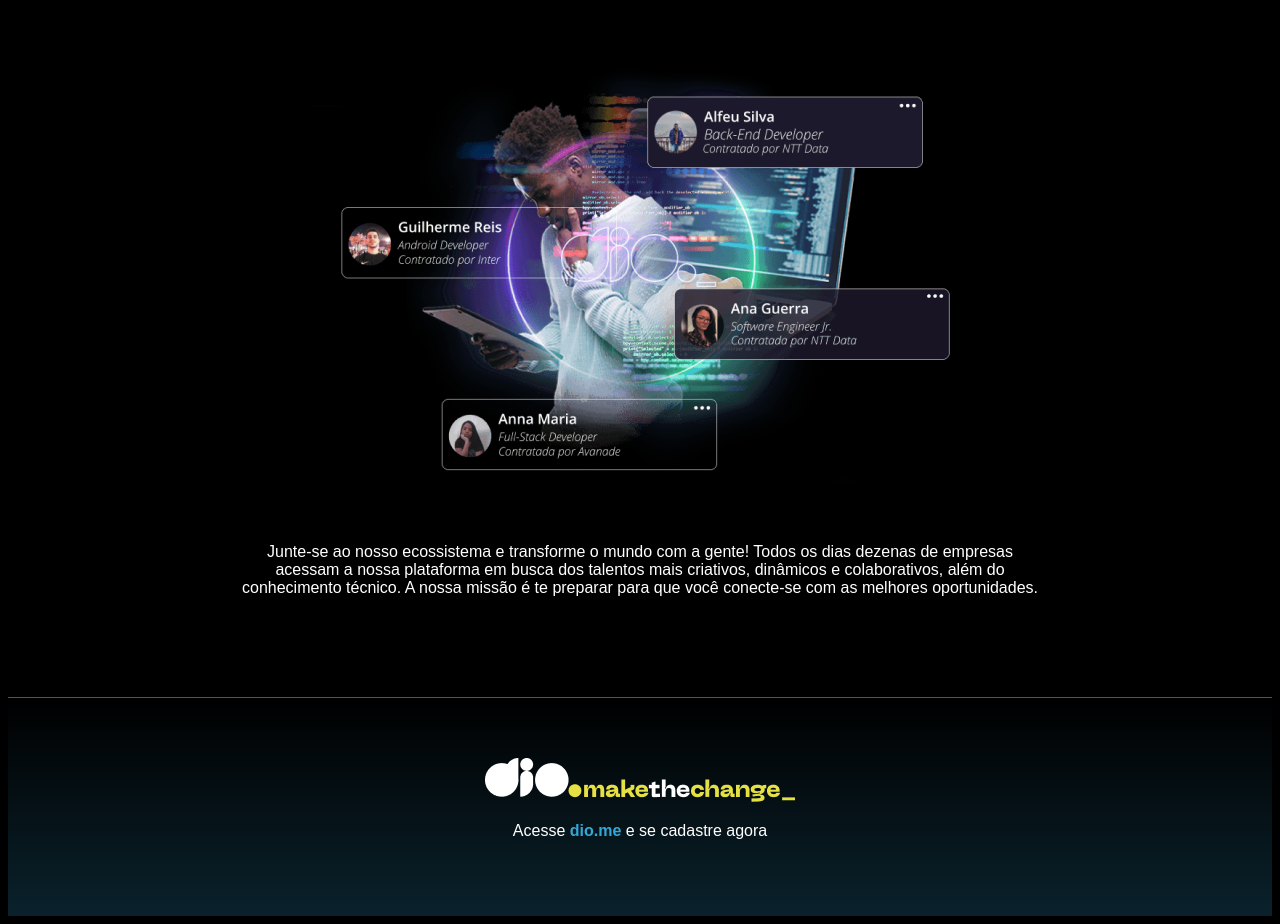
Repository: Zoemateus324/landing-page
Page: index.html
These files come from the project's save history. The page is drawn as it stood at one moment and after the next save; the edit follows.
The browser window is 1280 px wide. The pictures show the part of the page from y = 1861 to 2813 px (the page is 2785 px tall before and 2813 px after).
Backgrounds fixed to the window are drawn as part of the page.

Above is the page before, as saved 2024-11-23 11:45:14.

### index.html
<!DOCTYPE html>
<html lang="en">

<head>
    <meta charset="UTF-8">
    <meta http-equiv="X-UA-Compatible" content="IE=edge">
    <meta name="viewport" content="width=device-width, initial-scale=1.0">
    <link rel="stylesheet" href="styles.css">
    <title>Trilha de CSS - DIO</title>
</head>

<body>
    <header class="banner">
        <div class="banner-content">
            <div class="logo">
                <img src="assets/images/logo.png" title="Logotipo Trilha de CSS DIO" alt="Logotipo Trilha de CSS DIO">
            </div>
            <h1>Trilha de CSS da DIO</h1>
            <p>A nova Trilha de CSS da DIO está disponível. Acesse já e aprenda do zero como desenvolver sites profissionais.</p>
            <button>Quero me inscrever</button>
        </div>
    </header>
    <main>
        <section id="course-content">
            <h2>O que vou aprender?</h2>
            <p>
                Temos 3 módulos recheados de conteúdos do básico ao avançado para que você aprenda a desenvolver sites profissionais utilizando somente HTML e CSS: sem nenhuma biblioteca ou framework a mais.
            </p>
            <div class="modules-list">
                <div class="module">
                    <span>Módulo 01:</span> primeiros passos com CSS
                </div>
                <div class="module">
                    <span>Módulo 02:</span> trabalhando com layouts no CSS
                </div>
                <div class="module">
                    <span>Módulo 03:</span> refinando os estilos CSS das nossas páginas
                </div>
            </div>
        </section>
        <section id="transform-world">
            <p>TRANSFORME O MUNDO COM A GENTE</p>
        </section>
        <section id="professional-challenges">
            <h2>Evolua e encare novos desafios profissionais</h2>
            <img src="assets/images/professional-challenges.png" title="Homem lendo depoimentos em um tablet" alt="Homem lendo depoimentos em um tablet">
            <p>
                Junte-se ao nosso ecossistema e transforme o mundo com a gente! Todos os dias dezenas de empresas acessam a nossa plataforma em busca dos talentos mais criativos, dinâmicos e colaborativos, além do conhecimento técnico. A nossa missão é te preparar para
                que você conecte-se com as melhores oportunidades.
            </p>
        </section>
    </main>
    <footer>
        <img class="dio-logo" src="assets/images/dio-logo.png" title="Logotipo DIO com o texto make the change" alt="Logotipo DIO com o texto make the change">
        <p>Acesse <a href="https://dio.me">dio.me</a> e se cadastre agora</p>
    </footer>
</body>

</html>

### styles.css
body{
    background-color:black;
    display:block;
    margin:8px;
}
*{
    font-family:'Raleway', sans-serif;
    box-sizing:border-box;
    margin:0;
}

.banner{
    background-image:linear-gradient(rgba(0,0,0,.6), rgba(49,168,221,.2), rgba(0,0,0,.6)),url(./assets/images/banner.png);
    background-size:cover;
    background-repeat:no-repeat;
    height:600px;
    padding-top:60px;
    border-bottom:1px solid #33A8DB80;
}
.banner .logo{
    background-color:(rgba(0,0,0,.2));
    height:260px;
    width:260px;
    margin:auto;
    border-radius:50%;
    padding:16px;
    margin-bottom:16px;
}
.banner h1{
    font-size:2.5rem;
    font-weight:900;
    text-transform:uppercase;
    color:transparent;
    background:-webkit-linear-gradient(#33A8D8, #1472B7);
    background clip:text;
    -webkit-background-clip:text;
}
h1{
    display:block;
    font-size:2em;
    margin-block-start:0.67em;
    margin-block-end:0.67em;
    margin-inline-start:0px;
    margin-inline-end:0px;
    font-weight:bold;

}
.banner p{
    font-size:1.25rem;
    margin:16px 0 24px;
}
p{
    display:block;
    color:white;
    margin-block-start:1em;
    margin-block-end:1em;
    margin-inline-start:0px;
    margin-inline-end:0px;
    unicode-bidi:isolate;

}
.banner .banner-content{
    color:white;
    width:900px;
    margin:auto;
    text-align:center;
}
.banner .banner-content button{
    color: #31A8DD;
    font-size:1rem;
    font-weight:bold;
    padding:16px 32px;
    text-transform: uppercase;
    letter-spacing:4px;
    background-color:transparent;
    border-image:linear-gradient(#3BA1CD, #1572B7);
    border-image-slice:10;
    border-radius:30px;
}

div{
    display:block;
    unicode-bidi:isolate;

}
header{
    display:block;
    unicode-bidi:isolate;
}
main{
    display:block;
    unicode-bidi:isolate;
}
#course-content {
    width: 800px;
    text-align: center;
}
h2 {
    font-size: 2rem;
    color: #33A8DB;
    font-weight: bold;
    letter-spacing: 4px;
    text-transform: uppercase;
    margin-bottom: 24px;
}
#course-content .modules-list {
    margin: 24px 0;
}
#course-content .modules-list .module {
    color: white;
    width: 530px;
    margin: 0 auto 24px;
    border: 1px solid #33A8DB;
    background-color: #252525;
    padding: 16px;
    border-radius: 100px;
    box-shadow: inset -5px 6px 8px rgba(0, 0, 0, .7);
}
section {
    margin: 100px auto;
}
#transform-world {
    height: 560px;
    background-size: cover;
    background-image: url(./assets/images/woman-code.png);
    background-attachment: fixed;
    border-top: 1px solid #33A8DB80;
    border-bottom: 1px solid #33A8DB80;
    padding: 200px;
}



#transform-world p {
    font-weight: 900;
    font-size: 2.5rem;
    text-transform: lowercase;
    max-width: 250px;
    text-shadow: 3px 2px #33A8DB;
}
#professional-challenges{
    text-align:center;
    width:800px;
}
#professional-challenges img{
    margin:32px 0 ;
}
footer{
    padding:60px 0;
    text-align:center;
    background-image:linear-gradient(rgba(50,168,219,.0),rgba(50,168,219,.2));
    border-top: 1px solid #33A8DB80;
}
footer a {
    color: #33A8D8;
    font-weight:bold;
    text-decoration:none;
}

After the next save:
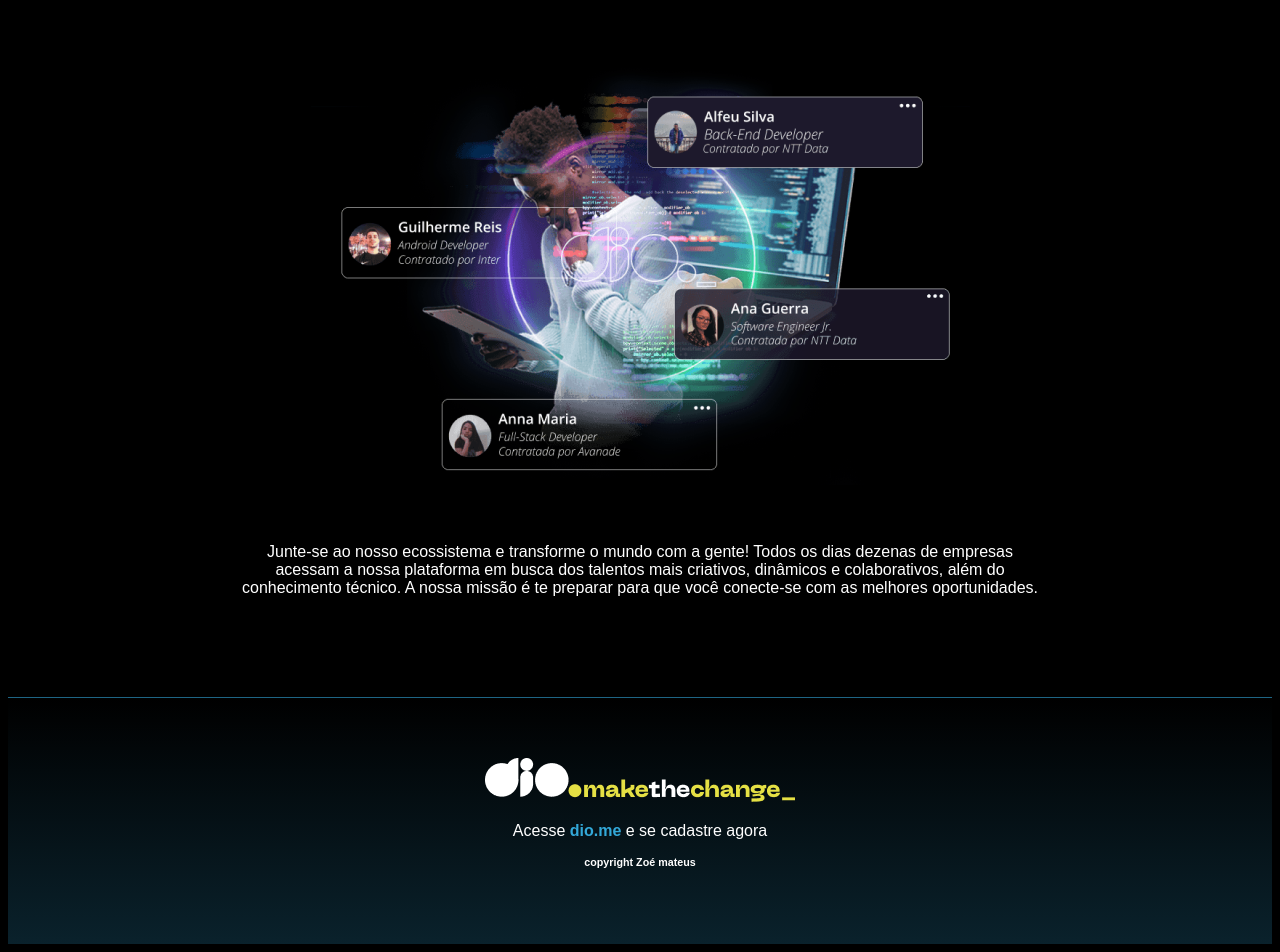
Saved 94 s later.
--- a/index.html
+++ b/index.html
@@ -52,7 +52,9 @@
     </main>
     <footer>
         <img class="dio-logo" src="assets/images/dio-logo.png" title="Logotipo DIO com o texto make the change" alt="Logotipo DIO com o texto make the change">
-        <p>Acesse <a href="https://dio.me">dio.me</a> e se cadastre agora</p>
+        <p>Acesse <a href="https://dio.me">dio.me</a> e se cadastre agora<br>
+            <h6>copyright Zoé mateus</h6>
+        </p>
     </footer>
 </body>
 
--- a/styles.css
+++ b/styles.css
@@ -156,3 +156,6 @@
     font-weight:bold;
     text-decoration:none;
 }
+footer h6{
+    color:white;
+}
